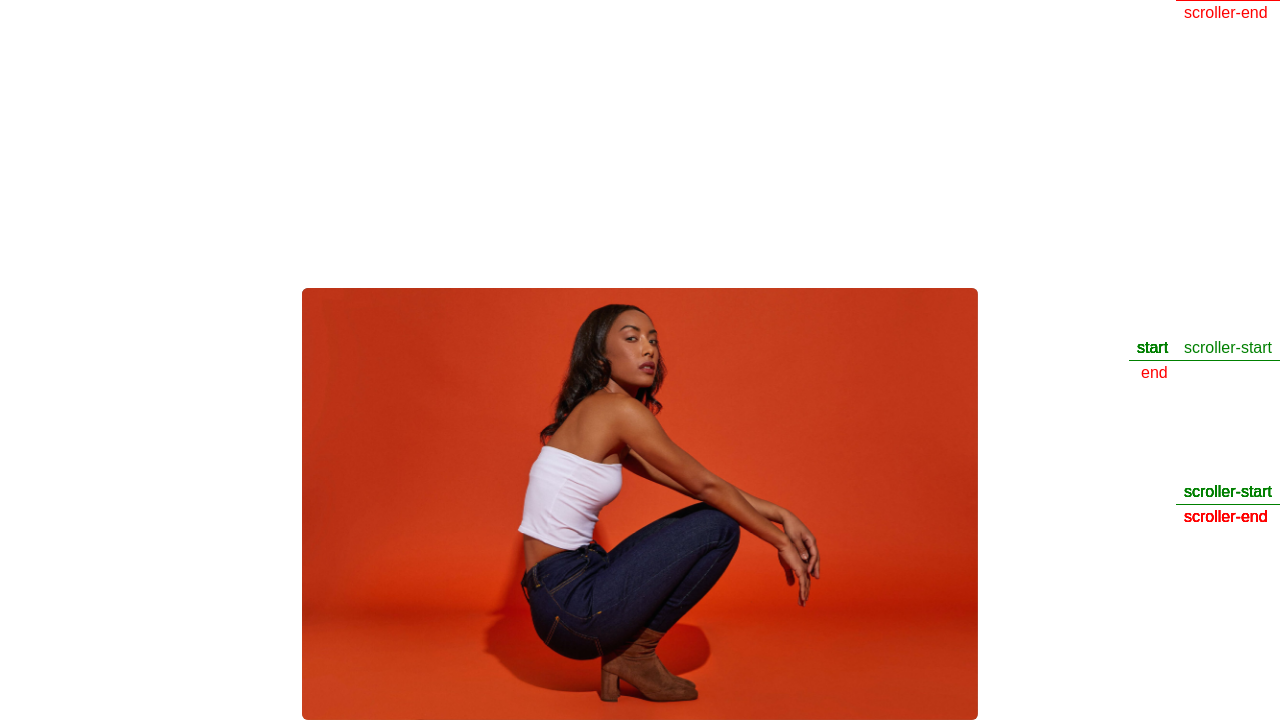
Repository: lwygold/motion
Page: layout/이미지 위로 계속 올라가는레이아웃.html
These files come from the project's save history. The page is drawn as it stood at one moment and after the next save; the edit follows.
The browser window is 1280 px wide. The pictures show the window.
A layer covers the whole window, so only the first screen is drawn.

Above is the page before, as saved 2023-02-21 14:28:10.

### layout/이미지 위로 계속 올라가는레이아웃.html
<!DOCTYPE html>
<html lang="ko">

<head>
    <meta http-equiv="Content-Type" content="text/html;charset=utf-8" />
    <meta name="viewport" content="width=device-width, user-scalable=no, target-densitydpi=medium-dpi" />
    <meta name="apple-mobile-web-app-capable" content="yes" />
    <meta name="format-detection" content="telephone=no" />
    <meta http-equiv="X-UA-Compatible" content="IE=edge" />
    <meta http-equiv="x-rim-auto-match" content="none" />
    <link rel="shortcut icon" href="./images/favicon.ico" />
    <link rel="stylesheet" type="text/css" href="../assets/css/slick.css" />
    <link rel="stylesheet" type="text/css" href="../assets/css/common.css" />
    <link rel="stylesheet" type="text/css" href="../assets/css/main.css" />
    <link rel="stylesheet" type="text/css" href="../assets/css/sub.css" />
    <title>테스트</title>
    <script src="../assets/js/jquery-3.3.1.min.js"></script>
    <script src="../assets/js/jquery-ui.min.js"></script>
    <script src="../assets/js/slick.min.js"></script>
    <script src="../assets/js/gsap.js"></script>
    <script src="../assets/js/gsap_scroll_trigger.js"></script>
    <script src="../assets/js/green.js"></script>
    <script src="../assets/js/common.js"></script>
    <script src="../assets/js/main.js"></script>
    <script src="../assets/js/sub.js"></script>
</head>

<style>
    section {
        width: 100vw;
        height: 100vh;
    }

    section ul {
        align-items: center;
        display: flex;
        height: 100%;
        justify-content: center;
        left: 0;
        position: fixed;
        top: 0;
        width: 100%;
        max-height: 100vh;
    }

    section ul li {
        border-radius: 0.4861111111vw;
        cursor: pointer;
        height: 60vh;
        overflow: hidden;
        position: absolute;
        -webkit-transform-origin: bottom;
        transform-origin: bottom;
        width: 52.7777777744vw;
        will-change: transform, opacity;
    }



    section ul li:nth-child(1) {
        z-index: 5;
    }

    section ul li:nth-child(2) {
        z-index: 4;
    }

    section ul li:nth-child(3) {
        z-index: 3;
    }

    section ul li:nth-child(4) {
        z-index: 2;
    }

    section ul li:nth-child(5) {
        z-index: 1;
    }


    section ul li div {
        height: 100%;
        -webkit-transform: none;
        transform: none;
        transition: -webkit-transform 1.2s cubic-bezier(.165, .84, .44, 1);
        transition: transform 1.2s cubic-bezier(.165, .84, .44, 1);
        transition: transform 1.2s cubic-bezier(.165, .84, .44, 1), -webkit-transform 1.2s cubic-bezier(.165, .84, .44, 1);
        width: 100%;
        will-change: transform;
    }

    section ul li div img {
        height: 100%;
        -o-object-fit: cover;
        object-fit: cover;
        -o-object-position: center;
        object-position: center;
        width: 100%;
        -webkit-transform: none;
        transform: none;
        -webkit-transform-origin: center;
        transform-origin: center;
        transition: -webkit-transform 1.6s cubic-bezier(.165, .84, .44, 1);
        transition: transform 1.6s cubic-bezier(.165, .84, .44, 1);
        transition: transform 1.6s cubic-bezier(.165, .84, .44, 1), -webkit-transform 1.6s cubic-bezier(.165, .84, .44, 1);
        width: 100%;
        will-change: transform;
    }

    section ul li div img:hover {
        -webkit-transform: scale(1.1);
        transform: scale(1.1);
    }
</style>

<body>

    <section class="s1">
        <ul>
            <li class="panel s1-1 panel_first">
                <div>
                    <img src="./images/1.jpg" alt="">
                </div>
            </li>
            <li class="panel s1-2">
                <div>
                    <img src="./images/2.jpg" alt="">
                </div>
            </li>
            <li class="panel s1-3">
                <div>
                    <img src="./images/3.jpg" alt="">
                </div>
            </li>
            <li class="panel s1-4">
                <div>
                    <img src="./images/4.jpg" alt="">
                </div>
            </li>
            <li class="panel s1-5">
                <div>
                    <img src="./images/5.jpg" alt="">
                </div>
            </li>
            <li class="panel s1-6">
                <div>
                    <img src="./images/6.jpg" alt="">
                </div>
            </li>
        </ul>
    </section>


    <script>

        const $ul = $('ul');
        const $li = $('ul li');
        const li_cnt = $('ul li').length;

        $li.each((i, e) => {
            $(e).css("transform", "translateY(" + i * 15 + "px) scale(" + (1 - (0.1 * (i * (2)))) + ")");
            $(e).css("opacity", 1 - (0.1 * (i * (2))));
            $(e).attr("filter", "grayscale(" + i * 33 + "%);");
        });



        $(function () {

            gsap.registerPlugin(ScrollTrigger);

            let panels = gsap.utils.toArray(".panel");

            let tl1 = gsap.timeline({
                scrollTrigger: {
                    trigger: $ul,
                    start: "center center",
                    end: 'center 0%',
                    pin: true,
                    scrub: true,
                    markers: true,
                }
            });

            let tl2 = gsap.timeline({
                scrollTrigger: {
                    trigger: 'section',
                    start: "center 70%",
                    end: "+=400",
                    pin: true,
                    scrub: true,
                    markers: true,
                }
            });

            let tl3 = gsap.timeline({
                scrollTrigger: {
                    trigger: 'section',
                    start: "center 70%",
                    end: "+=400",
                    pin: true,
                    scrub: true,
                    markers: true,
                }
            });

            let tl4 = gsap.timeline({
                scrollTrigger: {
                    trigger: 'section',
                    start: "center 70%",
                    end: "+=400",
                    pin: true,
                    scrub: true,
                    markers: true,
                }
            });

            let tl5 = gsap.timeline({
                scrollTrigger: {
                    trigger: 'section',
                    start: "center 70%",
                    end: "+=400",
                    pin: true,
                    scrub: true,
                    markers: true,
                }
            });

            let tl6 = gsap.timeline({
                scrollTrigger: {
                    trigger: 'section',
                    start: "center 70%",
                    end: "+=400",
                    pin: true,
                    scrub: true,
                    markers: true,
                }
            });


            panels.forEach((panel, i) => {

                tl1.to(panel, {
                    yPercent: -150,
                });


            });


            const child1 = document.querySelector(`section ul li:nth-child(2)`);
            const child2 = document.querySelector(`section ul li:nth-child(3)`);
            const child3 = document.querySelector(`section ul li:nth-child(4)`);
            const child4 = document.querySelector(`section ul li:nth-child(5)`);
            const child5 = document.querySelector(`section ul li:nth-child(6)`);

            tl2.to(child1, {
                y:0,
                opacity:1,
                scale:1,
            }).to(child2, {
                y:0,
                opacity:1,
                scale:1,
            }).to(child3, {
                y:0,
                opacity:1,
                scale:1,
            }).to(child4, {
                y:0,
                opacity:1,
                scale:1,
            }).to(child5, {
                y:0,
                opacity:1,
                scale:1,
            });

            tl3.to(child2, {
                y:15+"px",
                opacity:0.8,
                scale:0.8,
            }).to(child3, {
                y:15+"px",
                opacity:0.8,
                scale:0.8,
            }).to(child4, {
                y:15+"px",
                opacity:0.8,
                scale:0.8,
            }).to(child5, {
                y:15+"px",
                opacity:0.8,
                scale:0.8,
            });

            tl4.to(child3, {
                y:30+"px",
                opacity:0.6,
                scale:0.6,
            }).to(child4, {
                y:30+"px",
                opacity:0.6,
                scale:0.6,
            }).to(child5, {
                y:30+"px",
                opacity:0.6,
                scale:0.6,
            });


            tl5.to(child4, {
                y:45+"px",
                opacity:0.4,
                scale:0.4,
            }).to(child5, {
                y:45+"px",
                opacity:0.4,
                scale:0.4,
            });

            tl6.to(child5, {
                y:60+"px",
                opacity:0.2,
                scale:0.2,
            });



















        });

    </script>
</body>

</html>

### assets/css/common.css
@charset "utf-8";

@font-face {
  font-family: "NotoSansKR";
  font-style: normal;
  font-weight: 100;
  src: url(fonts/NotoSansKR-ExtraLight.woff) format("woff");
}

@font-face {
  font-family: "NotoSansKR";
  font-style: normal;
  font-weight: 200;
  src: url(fonts/NotoSansKR-Light.woff) format("woff");
}

@font-face {
  font-family: "NotoSansKR";
  font-style: normal;
  font-weight: 300;
  src: url(fonts/NotoSansKR-DemiLight.woff) format("woff");
}

@font-face {
  font-family: "NotoSansKR";
  font-style: normal;
  font-weight: 400;
  src: url(fonts/NotoSansKR-Regular.woff) format("woff");
}

@font-face {
  font-family: "NotoSansKR";
  font-style: normal;
  font-weight: 500;
  src: url(fonts/NotoSansKR-Medium.woff) format("woff");
}

@font-face {
  font-family: "NotoSansKR";
  font-style: normal;
  font-weight: 600;
  src: url(fonts/NotoSansKR-Bold.woff) format("woff");
}

@font-face {
  font-family: "NotoSansKR";
  font-style: normal;
  font-weight: 700;
  src: url(fonts/NotoSansKR-Bold-Hestia.woff) format("woff");
}

@font-face {
  font-family: "NotoSansKR";
  font-style: normal;
  font-weight: 800;
  src: url(fonts/NotoSansKR-Black-Hestia.woff) format("woff");
}

@font-face {
  font-family: "Montserrat";
  font-style: normal;
  font-weight: 100;
  src: url(fonts/Montserrat-ExtraLight.woff) format("woff");
}

@font-face {
  font-family: "Montserrat";
  font-style: normal;
  font-weight: 200;
  src: url(fonts/Montserrat-Light.woff) format("woff");
}

@font-face {
  font-family: "Montserrat";
  font-style: normal;
  font-weight: 300;
  src: url(fonts/Montserrat-Regular.woff) format("woff");
}

@font-face {
  font-family: "Montserrat";
  font-style: normal;
  font-weight: 400;
  src: url(fonts/Montserrat-Regular.woff) format("woff");
}

@font-face {
  font-family: "Montserrat";
  font-style: normal;
  font-weight: 500;
  src: url(fonts/Montserrat-Medium.woff) format("woff");
}

@font-face {
  font-family: "Montserrat";
  font-style: normal;
  font-weight: 600;
  src: url(fonts/Montserrat-Bold.woff) format("woff");
}

@font-face {
  font-family: "Montserrat";
  font-style: normal;
  font-weight: 700;
  src: url(fonts/Montserrat-ExtraBold.woff) format("woff");
}

@font-face {
  font-family: "Montserrat";
  font-style: normal;
  font-weight: 800;
  src: url(fonts/Montserrat-ExtraBlack.woff) format("woff");
}

@font-face {
  font-family: "Saira";
  font-style: normal;
  font-weight: 100;
  src: url(fonts/Saira-ExtraLight.woff) format("woff");
}

@font-face {
  font-family: "Saira";
  font-style: normal;
  font-weight: 200;
  src: url(fonts/Saira-Light.woff) format("woff");
}

@font-face {
  font-family: "Saira";
  font-style: normal;
  font-weight: 300;
  src: url(fonts/Saira-Regular.woff) format("woff");
}

@font-face {
  font-family: "Saira";
  font-style: normal;
  font-weight: 400;
  src: url(fonts/Saira-Regular.woff) format("woff");
}

@font-face {
  font-family: "Saira";
  font-style: normal;
  font-weight: 500;
  src: url(fonts/Saira-Medium.woff) format("woff");
}

@font-face {
  font-family: "Saira";
  font-style: normal;
  font-weight: 600;
  src: url(fonts/Saira-Bold.woff) format("woff");
}

@font-face {
  font-family: "Saira";
  font-style: normal;
  font-weight: 700;
  src: url(fonts/Saira-ExtraBold.woff) format("woff");
}

@font-face {
  font-family: "Saira";
  font-style: normal;
  font-weight: 800;
  src: url(fonts/Saira-Black.woff) format("woff");
}

@font-face {
  font-family: "NanumSquare";
  font-style: normal;
  font-weight: 200;
  src: url(fonts/NanumSquareL.woff) format("woff");
}

@font-face {
  font-family: "NanumSquare";
  font-style: normal;
  font-weight: 400;
  src: url(fonts/NanumSquareR.woff) format("woff");
}

@font-face {
  font-family: "NanumSquare";
  font-style: normal;
  font-weight: 600;
  src: url(fonts/NanumSquareB.woff) format("woff");
}

@font-face {
  font-family: "NanumSquare";
  font-style: normal;
  font-weight: 700;
  src: url(fonts/NanumSquareEB.woff) format("woff");
}

@font-face {
  font-family: "play";
  font-style: normal;
  font-weight: 400;
  src: url(fonts/Play-Regular.woff) format("woff");
}

@font-face {
  font-family: "play";
  font-style: normal;
  font-weight: 600;
  src: url(fonts/Play-Bold.woff) format("woff");
}

@font-face {
  font-family: "Lovelace";
  font-style: normal;
  font-weight: 100;
  src: url(fonts/Lovelace-ExtraLight.woff) format("woff");
}

@font-face {
  font-family: "Lovelace";
  font-style: normal;
  font-weight: 200;
  src: url(fonts/Lovelace-Light.woff) format("woff");
}

@font-face {
  font-family: "Lovelace";
  font-style: normal;
  font-weight: 400;
  src: url(fonts/Lovelace-Regular.woff) format("woff");
}

@font-face {
  font-family: "Lovelace";
  font-style: normal;
  font-weight: 500;
  src: url(fonts/Lovelace-Medium.woff) format("woff");
}

@font-face {
  font-family: "Lovelace";
  font-style: normal;
  font-weight: 600;
  src: url(fonts/Lovelace-Bold.woff) format("woff");
}

@font-face {
  font-family: "Lovelace";
  font-style: normal;
  font-weight: 700;
  src: url(fonts/Lovelace-ExtraBold.woff) format("woff");
}

* {
  font-family: "NotoSansKR";
  box-sizing: border-box;
}

/* 여백 초기화 */
html,
body,
div,
span,
object,
iframe,
h1,
h2,
h3,
h4,
h5,
h6,
p,
blockquote,
pre,
abbr,
address,
cite,
code,
del,
dfn,
em,
img,
ins,
kbd,
q,
samp,
small,
strong,
sub,
sup,
var,
b,
i,
dl,
dt,
dd,
ol,
ul,
li,
fieldset,
form,
label,
legend,
table,
caption,
tbody,
tfoot,
thead,
tr,
th,
td,
article,
aside,
canvas,
details,
figcaption,
figure,
footer,
header,
hgroup,
menu,
nav,
section,
summary,
time,
mark,
audio,
video {
  margin: 0;
  padding: 0;
  border: 0;
  outline: 0;
  font-size: 100%;
  vertical-align: baseline;
  background: transparent;
}

* {
  -webkit-text-size-adjust: none;
  -moz-text-size-adjust: none;
  -ms-text-size-adjust: none;
}

html,
body {
  position: relative;
  margin: 0 auto;
  height: 100%;
  width: 100%;
}

body {
  line-height: 1;
}

article,
aside,
details,
figcaption,
figure,
footer,
header,
hgroup,
menu,
nav,
section {
  display: block;
}

ul,
li {
  list-style: none;
}

blockquote,
q {
  quotes: none;
}

blockquote:before,
blockquote:after,
q:before,
q:after {
  content: "";
  content: none;
}

a {
  margin: 0;
  padding: 0;
  color: #000;
  font-size: 100%;
  text-decoration: none;
  vertical-align: baseline;
  background: transparent;
}

del {
  text-decoration: line-through;
}

abbr[title],
dfn[title] {
  border-bottom: 1px dotted;
  cursor: help;
}

table {
  border-collapse: collapse;
  border-spacing: 0;
}

/* change border colour to suit your needs */

hr {
  display: block;
  height: 1px;
  border: 0;
  border-top: 1px solid #cccccc;
  margin: 1em 0;
  padding: 0;
}

input,
select {
  vertical-align: middle;
}

/*-------------------------------------------------------------------
    @input style
-------------------------------------------------------------------*/

button {
  -webkit-appearance: none;
  appearance: none;
  -webkit-border-radius: 0;
  border-radius: 0;
}

input[type="button"],
input[type="reset"],
input[type="text"],
input[type="password"],
input[type="submit"],
input[type="search"],
input[type="tel"],
input[type="email"] {
  -webkit-appearance: none;
  appearance: none;
  -webkit-border-radius: 0;
  border-radius: 0;
  font-size: 16px;
}

/*-------------------------------------------------------------------
    @select
-------------------------------------------------------------------*/
select {
  font-family: "Noto Sans KR";
  font-size: 19px;
  -webkit-appearance: none;
  -moz-appearance: none;
  appearance: none;
  background-image: url(../images/sl_btn.png);
  background-repeat: no-repeat;
  background-position: 93% 50%;
  background-size: 15px;
  background-color: #fff;
  border: none;
  width: 100%;
}

/*-------------------------------------------------------------------
    @select IE10,11의 네이티브 화살표 숨기기
-------------------------------------------------------------------*/
select::-ms-expand {
  display: none;
}

/*-------------------------------------------------------------------
    @clearfix
-------------------------------------------------------------------*/
.clearfix {
  *zoom: 1;
}

.clearfix:before,
.clearfix:after {
  display: block;
  content: "";
  line-height: 0;
}

.clearfix:after {
  clear: both;
}

.fl {
  float: left;
}

.fr {
  float: right;
}

/*-------------------------------------------------------------------
    @공통서브
-------------------------------------------------------------------*/

section {
  box-sizing: border-box;
  overflow: hidden;
  position: relative;
  width: 100%;
  max-width: 1920px;
  margin: 0 auto;
}

.inner {
  width: 100%;
  max-width: 1280px;
  padding: 0px 40px;
  box-sizing: border-box;
}

/* 가로 양옆으로  */
.flex__lrc,
.flex__lrc2 {
  display: flex;
  flex-direction: row;
  flex-wrap: wrap;
  justify-content: space-between;
  align-items: center;
}

.flex__lrt,
.flex__lrt2 {
  display: flex;
  flex-direction: row;
  flex-wrap: wrap;
  justify-content: space-between;
  align-items: flex-start;
}

.flex__lrb,
.flex__lrb2 {
  display: flex;
  flex-direction: row;
  flex-wrap: wrap;
  justify-content: space-between;
  align-items: flex-end;
}

/* 가로 가운데 새로 가운데 */
.flex__cc,
.flex__cc1,
.flex__cc2 {
  display: flex;
  flex-direction: row;
  flex-wrap: wrap;
  justify-content: center;
  align-items: center;
}

.flex__lrc2 > div,
.flex__lrt2 > div,
.flex__lrb2 > div,
.flex__cc2 > div {
    width: 50%;
}

.h100 {
    height: 100%;
}

.w100 {
    width: 100%;
}

.row2,
.row3,
.row4,
.row5 {
    display: flex;
    flex-direction: row;
    flex-wrap: wrap;
}

.row2 > .col {
    width: 50%;
}

.row3 > .col {
    width: 33.33%;
}

.row4 > .col {
    width: 25%;
}

.row5 > .col {
    width: 20%;
}


@media only screen and (max-width: 640px) {
}

### assets/css/main.css
body {
 font-size:0;
}


section.section4 {
 height: 400vh;
}

.header-section {
 padding: 0 15px;
 text-align: center;
 margin: 0;
 height: 100vh;
 color: #000;
 font-size: 35px;
 display: flex;
 align-items: center;
 justify-content: center;
}

.nav {
 display: flex;
 position: fixed;
 right:100px;
 top:50%;
 transform: translateY(-50%);
 z-index: 11;
}

.nav > div {
 position: relative;
 width: 2px;
 height: 55px;
 background: transparent;
 z-index: 1;
}

.nav > div:after {
 content:'';
 position: absolute;
 left:0;
 top:0;
 width:3px;
 height: 55px;
 background: rgba(255,255,255, 0.3);
 z-index: 2;
}

.nav div > div {
 position: absolute;
 left:0;
 top:0;
 width:2px;
 height:0;
 background: #fff;
}


.gridBlock {
 opacity: 0;
}


/* Grid almost fully pulled from https://www.rino-pelle.com/ */
.grid-container {
 width: 100vw;
 height: 400vh;
 position: relative;
}
.grid {
 top: 0;
 left: 0;
 z-index: 1;
 width: 70vw;
 height: 60vw;
 margin: 0 calc(100vw / 20 * 3);
 position: absolute;

}
@media only screen and (max-width: 580px) {
 .grid {
 margin: 0;
 width: 100vw;
 height: 89.444vw;
}
}
.gridBlock {
 background-size: cover;
 background-color: darkgray;
}
.gridLayer {
 top: 0;
 left: 0;
 width: 100%;
 height: 100%;
 position: absolute;
 will-change: transform;
 transform-origin: 44.951% 50%;
}
.gridLayer:nth-child(1) .gridBlock {
 top: 5vw;
 left: 20vw;
 width: 10vw;
 height: 10vw;
}
@media only screen and (max-width: 580px) {
 .gridLayer:nth-child(1) .gridBlock {
 top: 11.111vw;
 left: 23.889vw;
 width: 15vw;
 height: 15vw;
}
}
.gridLayer:nth-child(2) .gridBlock {
 top: 0;
 left: 32.5vw;
 width: 15vw;
 height: 15vw;
}
@media only screen and (max-width: 580px) {
 .gridLayer:nth-child(2) .gridBlock {
 top: 0;
 left: 43.333vw;
 width: 26.389vw;
 height: 26.389vw;
}
}
.gridLayer:nth-child(3) .gridBlock {
 left: 0;
 top: 25vw;
 width: 15vw;
 height: 15vw;
}
@media only screen and (max-width: 580px) {
 .gridLayer:nth-child(3) .gridBlock {
 top: 30.278vw;
 left: 0;
 width: 26.389vw;
 height: 26.389vw;
}
}
.gridLayer:nth-child(4) .gridBlock {
 top: 17.5vw;
 left: 17.5vw;
 width: 30vw;
 height: 30vw;
}
@media only screen and (max-width: 580px) {
 .gridLayer:nth-child(4) .gridBlock {
 top: 30.278vw;
 left: 30.278vw;
 width: 39.444vw;
 height: 39.444vw;
}
}
.gridLayer:nth-child(5) {
 z-index: 1;
}
.gridLayer:nth-child(5) .gridBlock {
 top: 20vw;
 left: 50vw;
 width: 5vw;
 height: 5vw;
}
@media only screen and (max-width: 580px) {
 .gridLayer:nth-child(5) .gridBlock {
 top: 23.889vw;
 left: 73.889vw;
 width: 15.278vw;
 height: 15.278vw;
}
}
.gridLayer:nth-child(5) a {
 height: 100%;
 display: flex;
 align-items: center;
 justify-content: center;
}
.gridLayer:nth-child(5) svg {
 width: 1.75vw;
}
@media only screen and (max-width: 580px) {
 .gridLayer:nth-child(5) svg {
 width: 4.722vw;
}
}
.gridLayer:nth-child(6) .gridBlock {
 left: 50vw;
 top: 27.5vw;
 width: 20vw;
 height: 20vw;
}
@media only screen and (max-width: 580px) {
 .gridLayer:nth-child(6) .gridBlock {
 top: 43.889vw;
 left: 73.889vw;
 width: 26.389vw;
 height: 26.389vw;
}
}
.gridLayer:nth-child(7) .gridBlock {
 left: 10vw;
 top: 42.5vw;
 width: 5vw;
 height: 5vw;
}
@media only screen and (max-width: 580px) {
 .gridLayer:nth-child(7) .gridBlock {
 display: none;
}
}
.gridLayer:nth-child(8) .gridBlock {
 bottom: 5vw;
 left: 42.5vw;
 width: 5vw;
 height: 5vw;
}
@media only screen and (max-width: 580px) {
 .gridLayer:nth-child(8) .gridBlock {
 display: none;
}
}
.gridLayer:nth-child(9) .gridBlock {
 bottom: 0;
 left: 50vw;
 width: 10vw;
 height: 10vw;
}
@media only screen and (max-width: 580px) {
 .gridLayer:nth-child(9) .gridBlock {
 top: 73.889vw;
 left: 58.889vw;
 width: 15.278vw;
 height: 15.278vw;
}
}
.gridBlock {
 display: block;
 position: absolute;
}



@media only screen and (max-width: 640px) {

}

### assets/css/sub.css

@media only screen and (max-width: 640px) {

}

### assets/js/common.js
var clickType = "click";
if ("ontouchstart" in document.documentElement) {
    clickType = "touchstart";
}
$(function () {

})

### assets/js/main.js
$(function () {



});

### assets/js/sub.js
$(function () {

})

Loaded but not shown: assets/css/slick.css (common file); assets/js/jquery-3.3.1.min.js (library); assets/js/jquery-ui.min.js (library); assets/js/slick.min.js (library); assets/js/gsap.js (library); assets/js/gsap_scroll_trigger.js (library); assets/js/green.js (187 lines, source omitted)

After the next save:
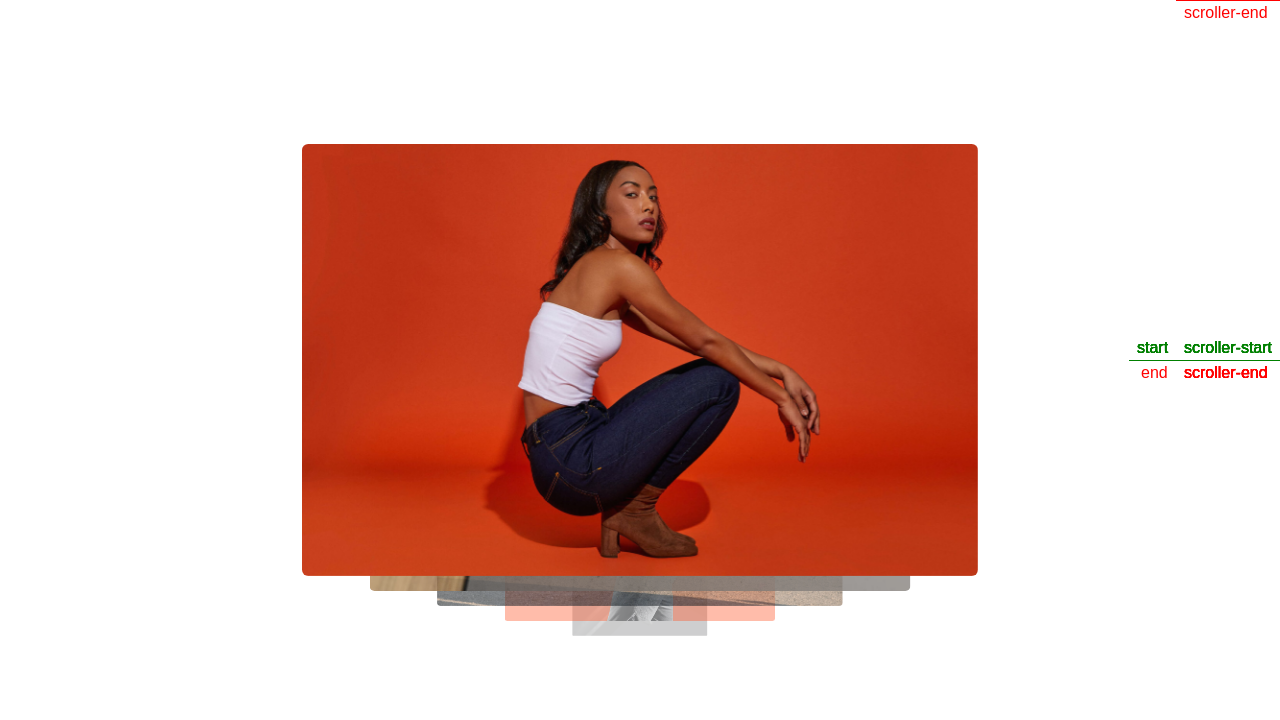
Saved 7 s later.
--- a/layout/이미지 위로 계속 올라가는레이아웃.html
+++ b/layout/이미지 위로 계속 올라가는레이아웃.html
@@ -185,7 +185,7 @@
             let tl2 = gsap.timeline({
                 scrollTrigger: {
                     trigger: 'section',
-                    start: "center 70%",
+                    start: "center 50%",
                     end: "+=400",
                     pin: true,
                     scrub: true,
@@ -196,7 +196,7 @@
             let tl3 = gsap.timeline({
                 scrollTrigger: {
                     trigger: 'section',
-                    start: "center 70%",
+                    start: "center 50%",
                     end: "+=400",
                     pin: true,
                     scrub: true,
@@ -207,7 +207,7 @@
             let tl4 = gsap.timeline({
                 scrollTrigger: {
                     trigger: 'section',
-                    start: "center 70%",
+                    start: "center 50%",
                     end: "+=400",
                     pin: true,
                     scrub: true,
@@ -218,7 +218,7 @@
             let tl5 = gsap.timeline({
                 scrollTrigger: {
                     trigger: 'section',
-                    start: "center 70%",
+                    start: "center 50%",
                     end: "+=400",
                     pin: true,
                     scrub: true,
@@ -229,7 +229,7 @@
             let tl6 = gsap.timeline({
                 scrollTrigger: {
                     trigger: 'section',
-                    start: "center 70%",
+                    start: "center 50%",
                     end: "+=400",
                     pin: true,
                     scrub: true,
